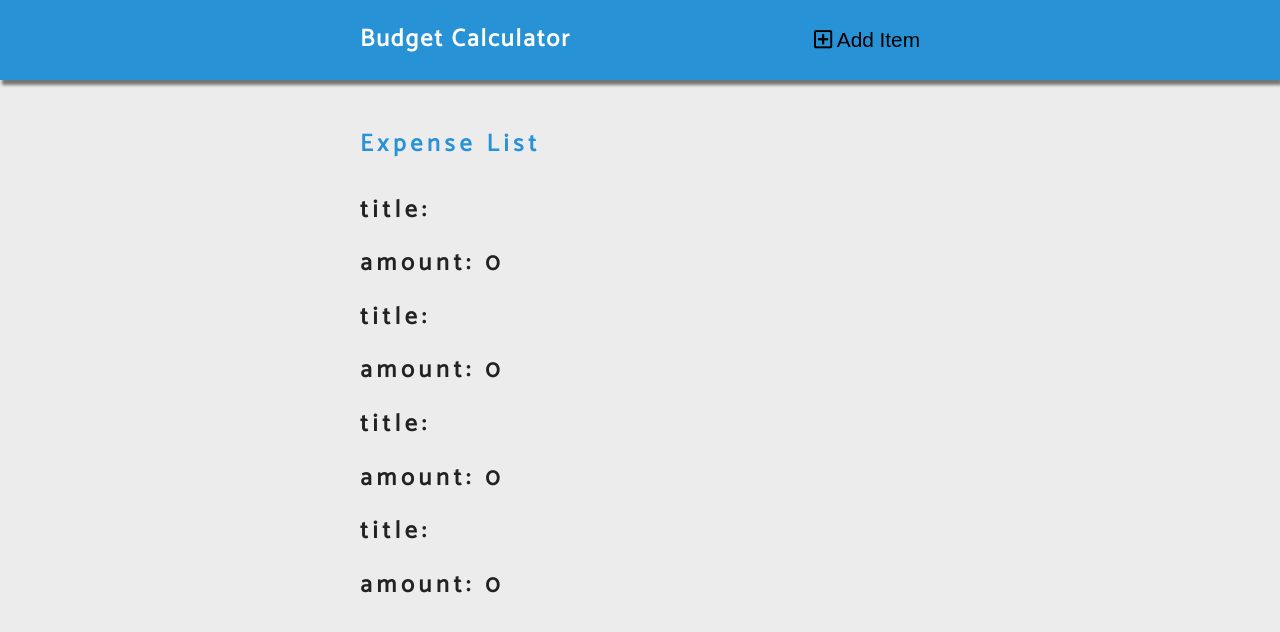
Repository: webdril/budget
Page: /
An editor plug-in stored every save of this project. The page is shown before and after the next save, followed by the edit.
The browser window is 1280 px wide. The pictures show the whole page.
The project was rebuilt for these pictures with package versions that can differ from the ones it lists, and the page was loaded fresh each time.

Above is the page before, as saved 2020-03-02 19:24:37.

### public/index.html
<!DOCTYPE html>
<html lang="en">
<head>
	<meta charset='utf-8'>
	<meta name='viewport' content='width=device-width,initial-scale=1'>

	<title>Budget Calculator</title>

	<link rel='icon' type='image/png' href='/favicon.png'>
	<link rel='stylesheet' href='/global.css'>
	<link rel='stylesheet' href='/build/bundle.css'>
	<!-- Font Awesome -->
	<link rel="stylesheet" href="fontawesome-free-5.11.2-web/css/all.min.css">

	<script defer src='/build/bundle.js'></script>
</head>

<body>
</body>
</html>

### src/App.svelte
<script>
// components
import Navbar from './Navbar.svelte'
import ExpensesList from './ExpensesList.svelte'

// Data
import expensesData from './expenses';

// variables
let expenses = [...expensesData];
</script>

<!-- CSS/STYLING -->

<Navbar />
<main class="content">
	<ExpensesList {expenses}/>
</main>

### src/Navbar.svelte
<nav class="nav">
	<div class="nav-center">
		<h1 class="nav-title">Budget Calculator</h1>
		<button type="button" class="nav-btn">
			<i class="far fa-plus-square" />
			Add Item
		</button>
	</div>
</nav>

### src/ExpensesList.svelte
<script>
import SectionTitle from './Title.svelte';
import Expense from './Expense.svelte';
export let expenses = [];
</script>

<style>
    h2 {
        text-transform: capitalize;
    }
</style>

<section>
    <SectionTitle title= 'expense list' />
    <ul>
        {#each expenses as expense, index}
            <Expense {expense}/>
            {:else}
                <h2>Currently you have no expenses</h2>
        {/each}
    </ul>
</section>

### src/Title.svelte
<script>
export let title = "default title";

</script>


<div class="main-title">
 <h2>{title}</h2>
</div>

### src/Expense.svelte
<script>
// export let expense
// let {name, amount} = expense
// Another method below
export let id;
export let name = "";
export let amount =0;

</script>
<div>

<!-- <h1>title: {expense.name}</h1>
<h2>amount: {expense.amount}</h2> -->
<h2>title: {name}</h2>
<h2>amount: {amount}</h2>
</div>

### public/global.css
/*
======
Fonts
======
*/
@import url("https://fonts.googleapis.com/css?family=Catamaran:300,400&display=swap");
/*
======
Variables
======
*/
:root {
  --primaryColor: #2892d7;
  --mainWhite: #fff;
  --offWhite: #f7f7f7;
  --mainBlack: #222;
  --mainGrey: #ececec;
  --darkGrey: #afafaf;
  --mainTransition: all 0.3s linear;
  --mainSpacing: 0.3rem;
  --lightShadow: 2px 5px 3px 0px rgba(0, 0, 0, 0.5);
  --darkShadow: 4px 10px 5px 0px rgba(0, 0, 0, 0.5);
  --mainBorderRadius: 0.25rem;
}
/*
======
Global Styles
======
*/
* {
  margin: 0;
  padding: 0;
  box-sizing: border-box;
}

body {
  font-family: "Catamaran", sans-serif;
  color: var(--mainBlack);
  background: var(--mainGrey);
  line-height: 1.4;
  font-size: 1rem;
  font-weight: 300;
}
h1,
h2,
h3,
h4,
h5,
h6 {
  font-family: "Catamaran", sans-serif;
  margin-bottom: 1.25rem;
  letter-spacing: var(--mainSpacing);
}
p {
  margin-bottom: 1.25rem;
}
ul {
  list-style-type: none;
}
a {
  text-decoration: none;
  color: var(--mainBlack);
}
/*
======
Buttons
======
*/
.btn,
.btn-white,
.btn-primary {
  text-transform: uppercase;
  letter-spacing: var(--mainSpacing);
  color: var(--primaryColor);
  border: 2px solid var(--primaryColor);
  padding: 0.45rem 0.8rem;
  display: inline-block;
  transition: var(--mainTransition);
  cursor: pointer;
  font-size: 0.8rem;
  border-radius: var(--mainBorderRadius);
  background: transparent;
}
.btn:hover {
  background: var(--primaryColor);
  color: var(--mainWhite);
}
.btn-white {
  background: transparent;
  color: var(--primaryColor);
  border-color: var(--primaryColor);
}
.btn-white:hover {
  background: var(--mainWhite);
  color: var(--primaryColor);
}
.btn-primary {
  background: var(--primaryColor);
  color: var(--mainWhite);
  border-color: var(--primaryColor);
}
.btn-primary:hover {
  background: transparent;
  color: var(--primaryColor);
}
.btn-block {
  width: 100%;
  display: block;
  margin: 0 auto;
  box-shadow: var(--lightShadow);
}
.disabled {
  color: var(--darkGrey);
  border-color: var(--darkGrey);
}
.disabled:hover {
  background: transparent;
  color: var(--darkGrey);
  border-color: var(--darkGrey);
}
/*
======
Navbar
======
*/
.nav {
  background: var(--primaryColor);
  height: 5rem;
  display: flex;
  align-items: center;
  box-shadow: var(--lightShadow);
}

.nav-center {
  width: 85%;
  max-width: 35rem;
  margin: 0 auto;
  display: flex;
  justify-content: space-between;
}
.nav-title {
  text-transform: capitalize;
  color: var(--mainWhite);
  margin-bottom: 0;
  letter-spacing: 2px;
}
.nav-btn {
  background: transparent;
  font-size: 1.3rem;
  border: none;
  cursor: pointer;
  text-transform: capitalize;
  transition: var(--mainTransition);
}
.nav-btn:hover {
  color: var(--darkGrey);
}
/*
======
Content
======
*/
.content {
  padding: 3rem 0;
  width: 85vw;
  max-width: 35rem;
  margin: 0 auto;
}

/*
======
Main Title
======
*/
.main-title {
  text-transform: capitalize;
  color: var(--primaryColor);
  margin-bottom: 2rem;
}
/*
======
Single Expense
======
*/
.single-expense {
  display: flex;
  justify-content: space-between;
  text-transform: capitalize;
  align-items: center;
  margin-bottom: 2rem;
  padding: 1.3rem 1rem;
  border-radius: var(--mainBorderRadius);
  background: var(--mainWhite);
  box-shadow: var(--lightShadow);
}
.single-expense h2 {
  margin-bottom: 0;
  font-weight: 300;
}
.single-expense h4 {
  margin-bottom: 0;
  margin-top: 1rem;
  font-weight: 300;
  color: var(--primaryColor);
}

.expense-btn {
  font-size: 1rem;
  background: transparent;
  border: none;
  margin: 0 0.4rem;
  transition: var(--mainTransition);
  cursor: pointer;
}
.expense-btn:hover {
  transform: scale(1.2);
}
.amount-btn {
  font-size: 1.3rem;
  background: transparent;
  border: none;
  cursor: pointer;
  color: var(--primaryColor);
}
.delete-btn {
  color: red;
}
.edit-btn {
  color: green;
}
/*
======
Expense Form
======
*/

.expense-form {
  background: var(--mainWhite);
  padding: 1.25rem 1rem;
  text-transform: capitalize;
  border-radius: var(--mainBorderRadius);
  box-shadow: var(--lightShadow);
}

.form-control label {
  display: block;
}
.form-control input {
  width: 100%;
  border: none;
  border-bottom: 2px solid var(--darkGrey);
  margin-bottom: 1.25rem;
  padding: 0.5rem;
  font-size: 1.2rem;
}
.form-empty {
  text-align: center;
  color: red;
}
.form {
  position: relative;
  margin-bottom: 5rem;
}
.close-btn {
  position: absolute;
  top: 0;
  right: 0;
  font-size: 1.2rem;
  text-transform: capitalize;
  display: flex;
  align-items: center;
  width: 4.2rem;
  justify-content: space-between;
  background: transparent;
  border: none;
  color: red;
  cursor: pointer;
}
/*
======
Modal
======
*/
.modal-container {
  position: fixed;
  top: 0;
  left: 0;
  right: 0;
  bottom: 0;
  background: rgba(0, 0, 0, 0.7);
  z-index: 2;
}
.modal-content {
  background: var(--mainWhite);
  width: 85vw;
  max-width: 35rem;
  margin: 0 auto;
  margin-top: 5rem;
  padding: 3rem;
  border-radius: var(--mainBorderRadius);
  position: relative;
}
.modal-content .expense-form {
  box-shadow: none;
}
.modal-container .form {
  margin-bottom: 0;
}
.modal-container .expense-form {
  padding: 1.25rem 0;
}
.modal-container .form {
  position: static;
}
.modal-container .close-btn {
  top: 2%;
  right: 3%;
}
/*
======
Github Users
======
*/

.user {
  margin: 2rem 0;
  box-shadow: var(--lightShadow);
  display: grid;
  grid-template-columns: auto 1fr;
  border-radius: var(--mainBorderRadius);
  grid-column-gap: 2rem;
  background: var(--mainWhite);
}
.user img {
  width: 6rem;
  border-top-left-radius: var(--mainBorderRadius);
  border-bottom-left-radius: var(--mainBorderRadius);
}
.user-info {
  padding-top: 0.75rem;
}
.user-info h3 {
  margin-bottom: 0.75rem;
}

Loaded but not shown: src/main.js (common file); src/expenses.js (common file); public/fontawesome-free-5.11.2-web/css/all.min.css (library)

After the next save:
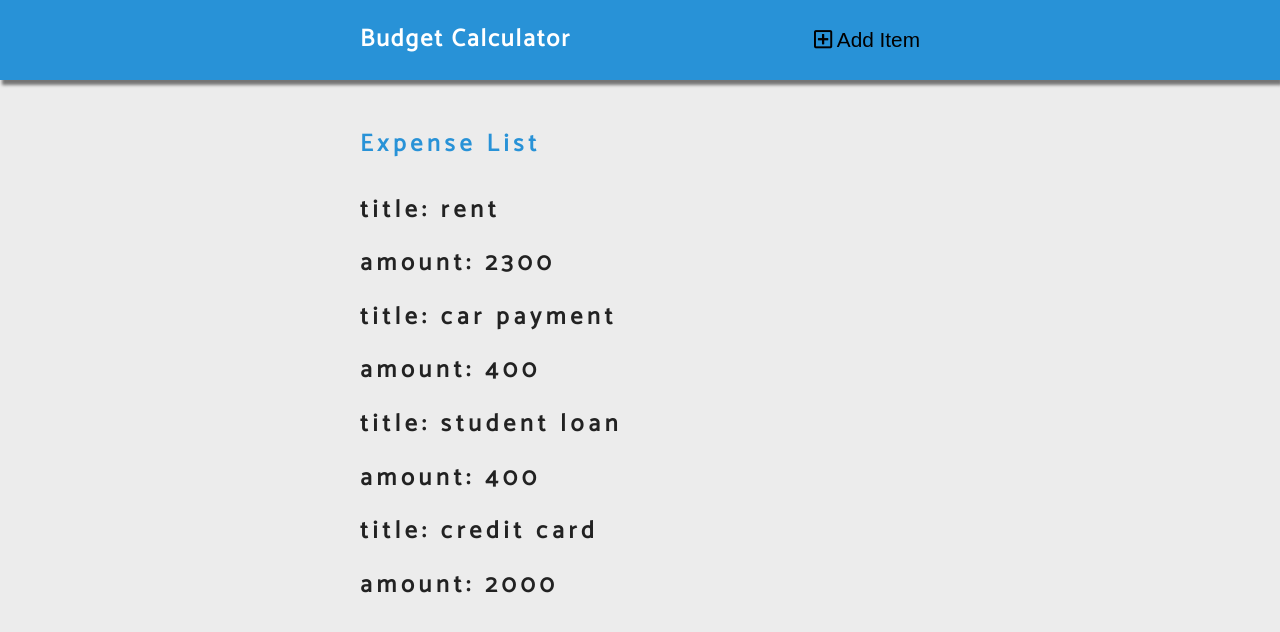
Saved 94 s later.
--- a/src/ExpensesList.svelte
+++ b/src/ExpensesList.svelte
@@ -14,7 +14,7 @@ export let expenses = [];
     <SectionTitle title= 'expense list' />
     <ul>
         {#each expenses as expense, index}
-            <Expense {expense}/>
+            <Expense {...expense}/>
             {:else}
                 <h2>Currently you have no expenses</h2>
         {/each}
